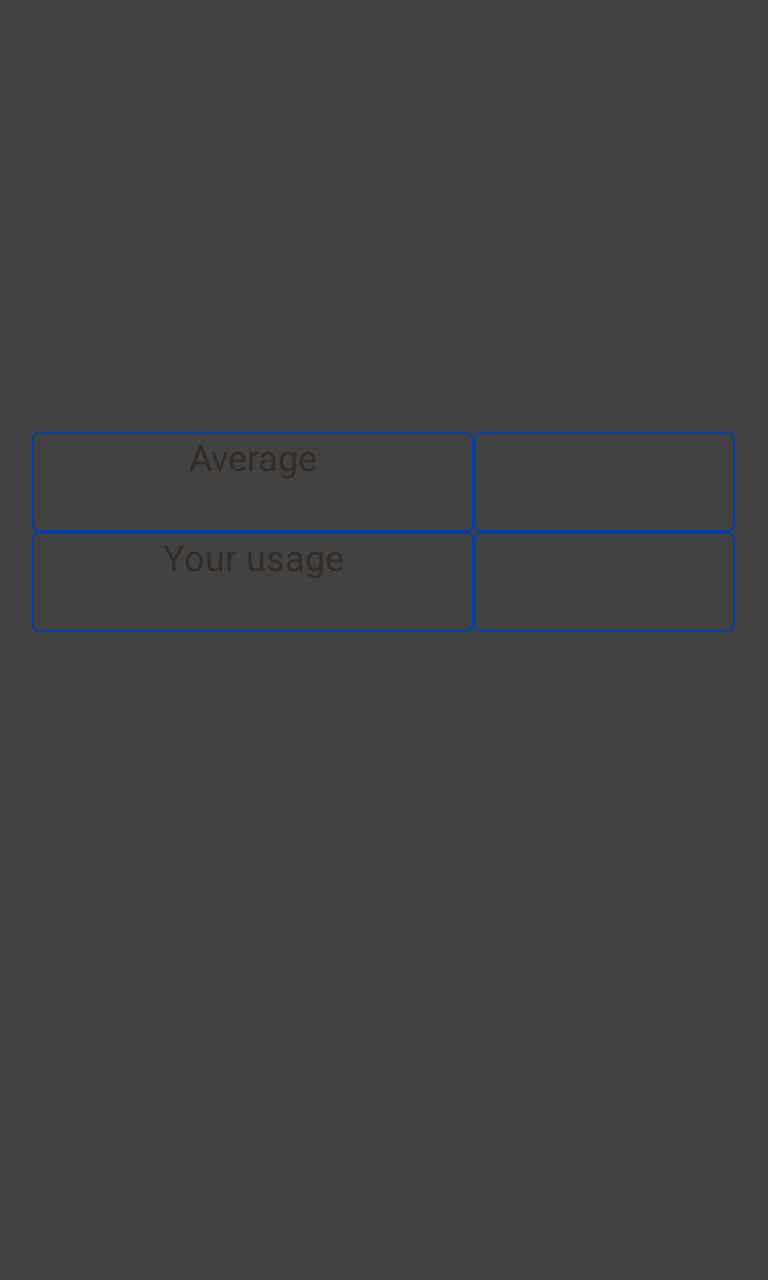
Repository: prabushitha/hydrosaver
Layout: hydrosaver/res/layout/activity_community.xml
The author's editor kept a copy of each file at every save. The layout is drawn from the files as they stood at one save, then again after the next save.
It is drawn on a 768 x 1280 px phone screen (xhdpi) without system bars, with theme AppTheme; the app's code is not run.

Above is the layout before, as saved 2016-10-08 19:26:33.

### hydrosaver/res/layout/activity_community.xml
<RelativeLayout xmlns:android="http://schemas.android.com/apk/res/android"
    xmlns:tools="http://schemas.android.com/tools"
    android:layout_width="match_parent"
    android:layout_height="match_parent"
    android:paddingBottom="@dimen/activity_vertical_margin"
    android:paddingLeft="@dimen/activity_horizontal_margin"
    android:paddingRight="@dimen/activity_horizontal_margin"
    android:paddingTop="@dimen/activity_vertical_margin"
    tools:context="com.whileloop.hydrosaver.CommunityActivity"
    android:background="#424242"
    >

    <TableLayout
	    android:layout_width="fill_parent"
	    android:layout_height="fill_parent"
	    android:stretchColumns="*">
	   <TableRow>

	        <TextView android:layout_width="fill_parent"
	                 android:layout_height="200dp"
	                android:textColor="#372c24"

	                />

	    </TableRow>
	    <TableRow>

	      <TextView android:layout_width="fill_parent"
	                 android:layout_height="wrap_content"
	                android:textColor="#372c24"
	                android:minHeight="50dp"
	          		android:textSize="18sp"
	          		android:gravity="center_horizontal"
	             android:text="Average"
	             android:background="@drawable/community_but"
	               />
	        <TextView android:layout_width="fill_parent"
	                 android:layout_height="wrap_content"
	                android:textColor="#372c24"
	                android:minHeight="50dp"
	          		android:textSize="18sp"

	             android:background="@drawable/community_but"
	               />
	        </TableRow>
	        <TableRow>

	      <TextView android:layout_width="fill_parent"
	                 android:layout_height="wrap_content"
	                android:textColor="#372c24"
	                android:minHeight="50dp"
	          		android:textSize="18sp"
	          		android:gravity="center_horizontal"
	             android:text="Your usage"
	             android:background="@drawable/community_but"
	               />
	        <TextView android:layout_width="fill_parent"
	                 android:layout_height="wrap_content"
	                android:textColor="#372c24"
	                android:minHeight="50dp"
	          		android:textSize="18sp"

	             android:background="@drawable/community_but"
	               />
	        </TableRow>

	</TableLayout>

</RelativeLayout>

### hydrosaver/res/drawable-mdpi/community_but.xml
<?xml version="1.0" encoding="utf-8"?>
<shape xmlns:android="http://schemas.android.com/apk/res/android"
  android:shape="rectangle"
  >

  <corners android:radius="3dp" />
  <stroke android:width="2px" android:color="#0141a8" />

</shape>

Loaded but not shown: hydrosaver/res/values/styles.xml (common file); hydrosaver/res/values-v11/styles.xml (common file); hydrosaver/res/values-v14/styles.xml (common file); hydrosaver/res/values/dimens.xml (common file); hydrosaver/res/values-w820dp/dimens.xml (common file)

After the next save:
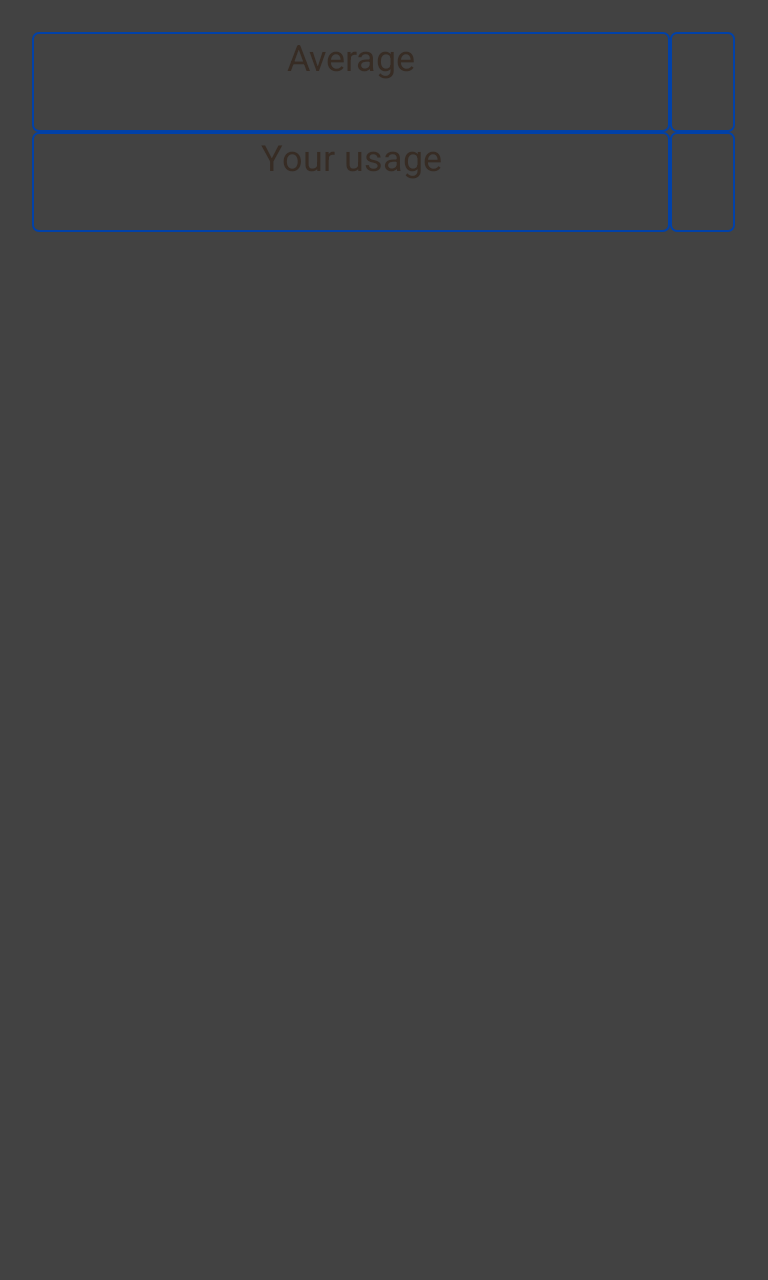
Saved 21 min 35 s later.
--- a/hydrosaver/res/layout/activity_community.xml
+++ b/hydrosaver/res/layout/activity_community.xml
@@ -16,11 +16,12 @@
 	    android:stretchColumns="*">
 	   <TableRow>
 
-	        <TextView android:layout_width="fill_parent"
-	                 android:layout_height="200dp"
-	                android:textColor="#372c24"
+	        <com.github.mikephil.charting.charts.LineChart
+				    android:layout_width="match_parent"
+				    android:layout_height="0dp"
+				    android:id="@+id/linegraph">
 
-	                />
+			</com.github.mikephil.charting.charts.LineChart>
 
 	    </TableRow>
 	    <TableRow>
